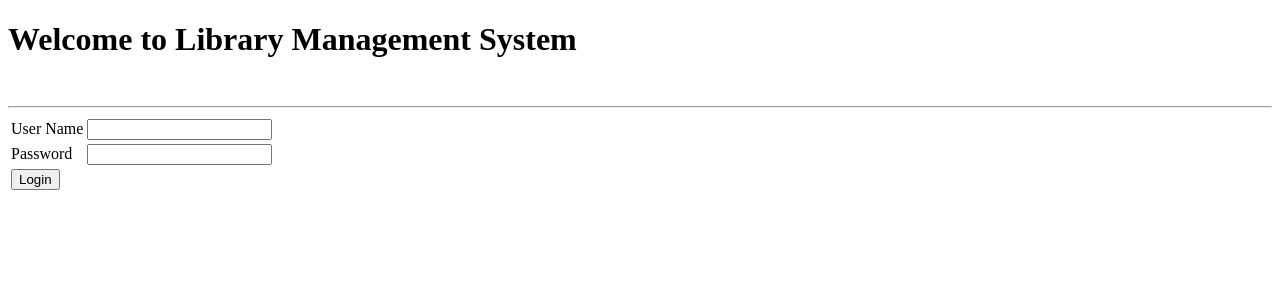
Repository: paragpatidar/LibraryManagementSystem
Page: http://localhost/LibraryManagementSystemSpring/
These files come from the project's save history. The page is drawn as it stood at one moment and after the next save; the edit follows.
The browser window is 1280 px wide. The pictures show the whole page.
The page is served by Tomcat 9. Nobody is signed in. The application's start-up code is not run.

Above is the page before, as saved 2017-11-08 04:17:49.

After the next save:
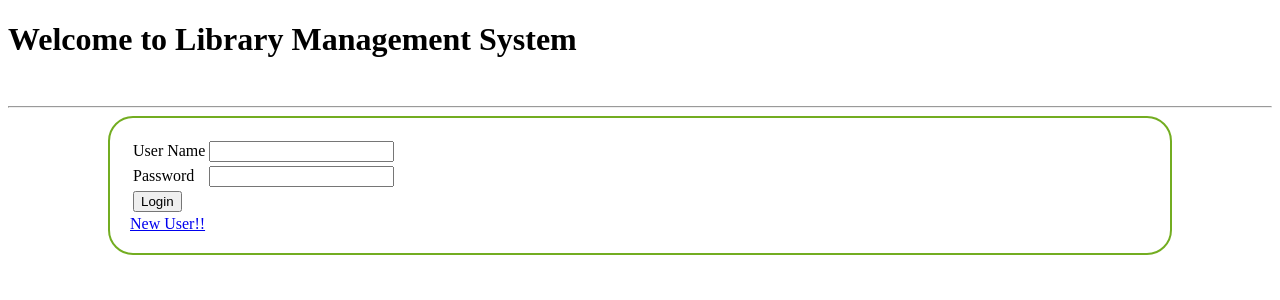
Saved 80 s later.
--- a/LibraryManagementSystemSpring/WebContent/index.jsp
+++ b/LibraryManagementSystemSpring/WebContent/index.jsp
@@ -20,6 +20,7 @@
 	<h1>Welcome to Library Management System</h1>
 	<br>
 	<hr>
+	<div id="form">
 	<form action="">
 		<table>
 			<tr>
@@ -36,5 +37,7 @@
 
 		</table>
 	</form>
+	<a href="newUser.htm">New User!!</a>
+	</div>
 </body>
 </html>
